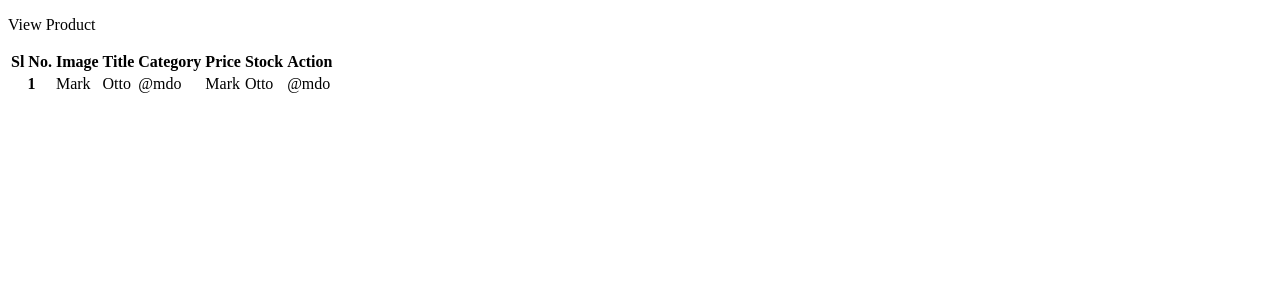
Repository: Chandnim0712/Ecommerce-Spring-Boot-Project
Page: http://localhost/admin/products
An editor plug-in stored every save of this project. The page is shown before and after the next save, followed by the edit.
The browser window is 1280 px wide. The pictures show the whole page.
The page is this project's Thymeleaf template; nobody is signed in. The template is opened directly, without the code that normally fills it, so the values that code supplies are empty.

Above is the page before, as saved 2025-06-11 14:30:10.

### Shopping_Cart/src/main/resources/templates/admin/products.html
<!DOCTYPE html>
<html lang="en" xmlns:th="http://www.thymeleaf.org"
	th:fragment="Layout(content)">
<head>
<meta charset="UTF-8">
<title>Insert title here</title>
</head>
<body>
	<section>
		<div class="card">
			<div class="card-header text-center">
				<p class="fs-4">View Product</p>
			</div>
			<div class="card-body">
				<table class="table">
					<thead>
						<tr>
							<th scope="col">Sl No.</th>
							<th scope="col">Image</th>
							<th scope="col">Title</th>
							<th scope="col">Category</th>
							<th scope="col">Price</th>
							<th scope="col">Stock</th>
							<th scope="col">Action</th>
						</tr>
					</thead>
					<tbody>
						<tr>
							<th scope="row">1</th>
							<td>Mark</td>
							<td>Otto</td>
							<td>@mdo</td>
							<td>Mark</td>
							<td>Otto</td>
							<td>@mdo</td>
						</tr>
					</tbody>
				</table>
			</div>
		</div>
	</section>
</body>
</html>

After the next save:
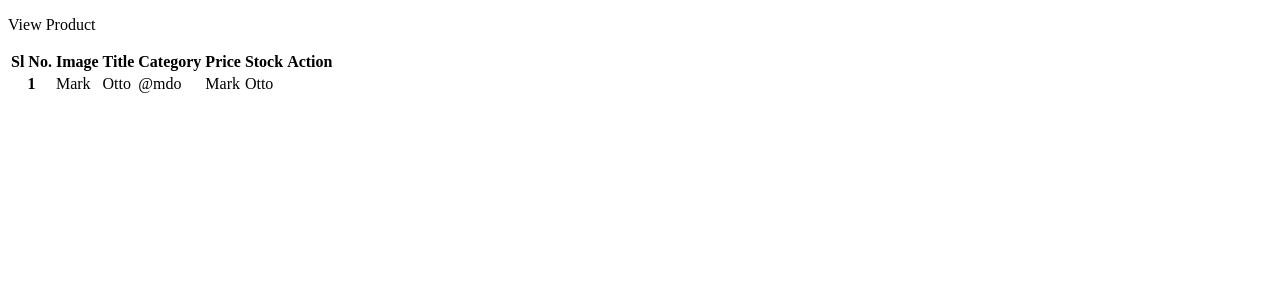
Saved 4 min 8 s later.
--- a/Shopping_Cart/src/main/resources/templates/admin/products.html
+++ b/Shopping_Cart/src/main/resources/templates/admin/products.html
@@ -32,7 +32,8 @@
 							<td>@mdo</td>
 							<td>Mark</td>
 							<td>Otto</td>
-							<td>@mdo</td>
+							<td>
+							<a href="#" class="btn"</td>
 						</tr>
 					</tbody>
 				</table>
